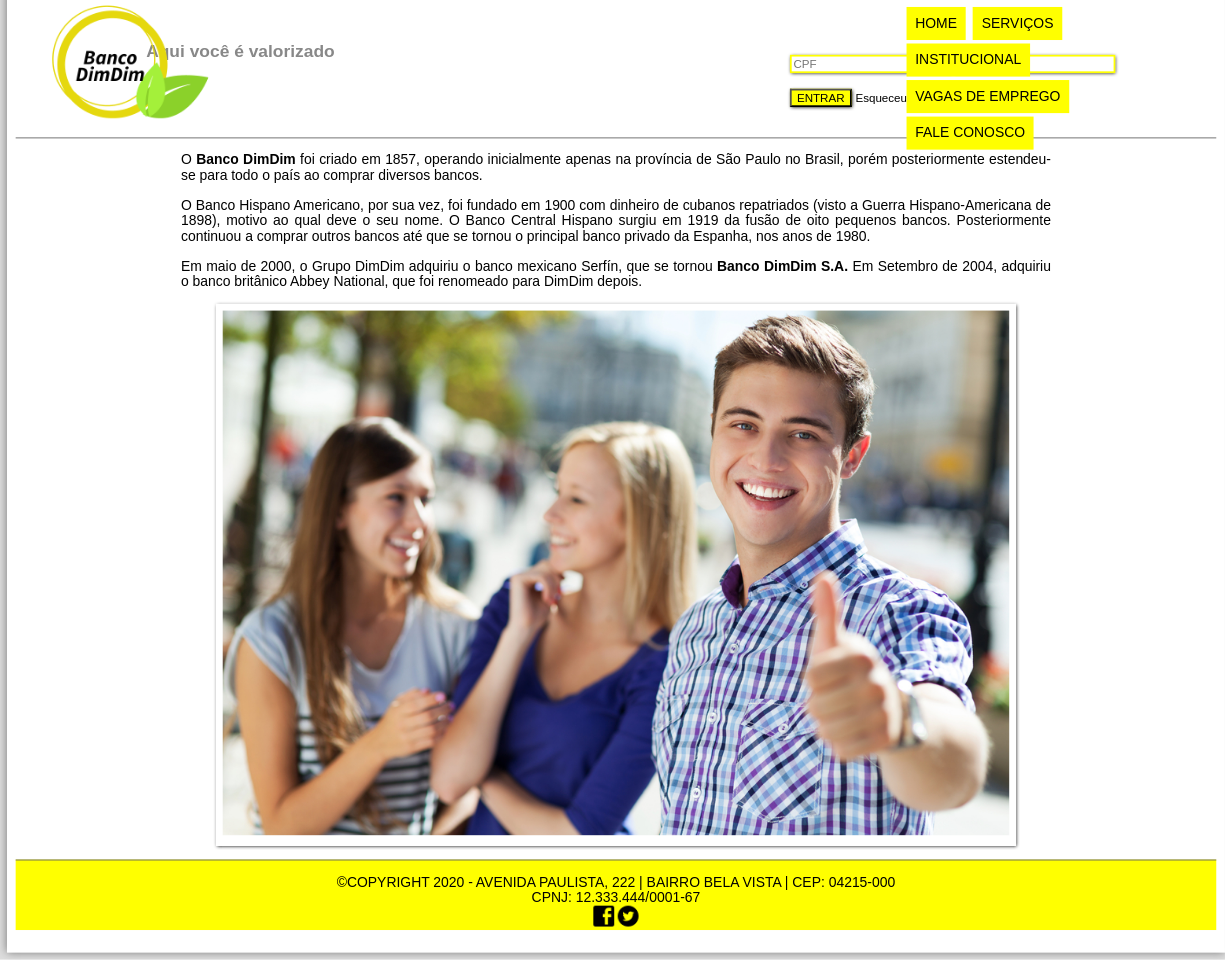
Repository: marceloShibuya/DevOps
Page: http://localhost/Nac_DevOPS/
The author's editor kept a copy of each file at every save. The page is drawn from the files as they stood at one save, then again after the next save.
The browser window is 1280 px wide. The page is 1408 px wide, so the pictures cover 1408 px, including what lies to the right of the window. The pictures show the whole page, at 87% of full size.
Some web fonts or font styles are not loaded; a fallback is used. The page is served by Tomcat 9.

Above is the page before, as saved 2020-02-24 21:38:59.

After the next save:
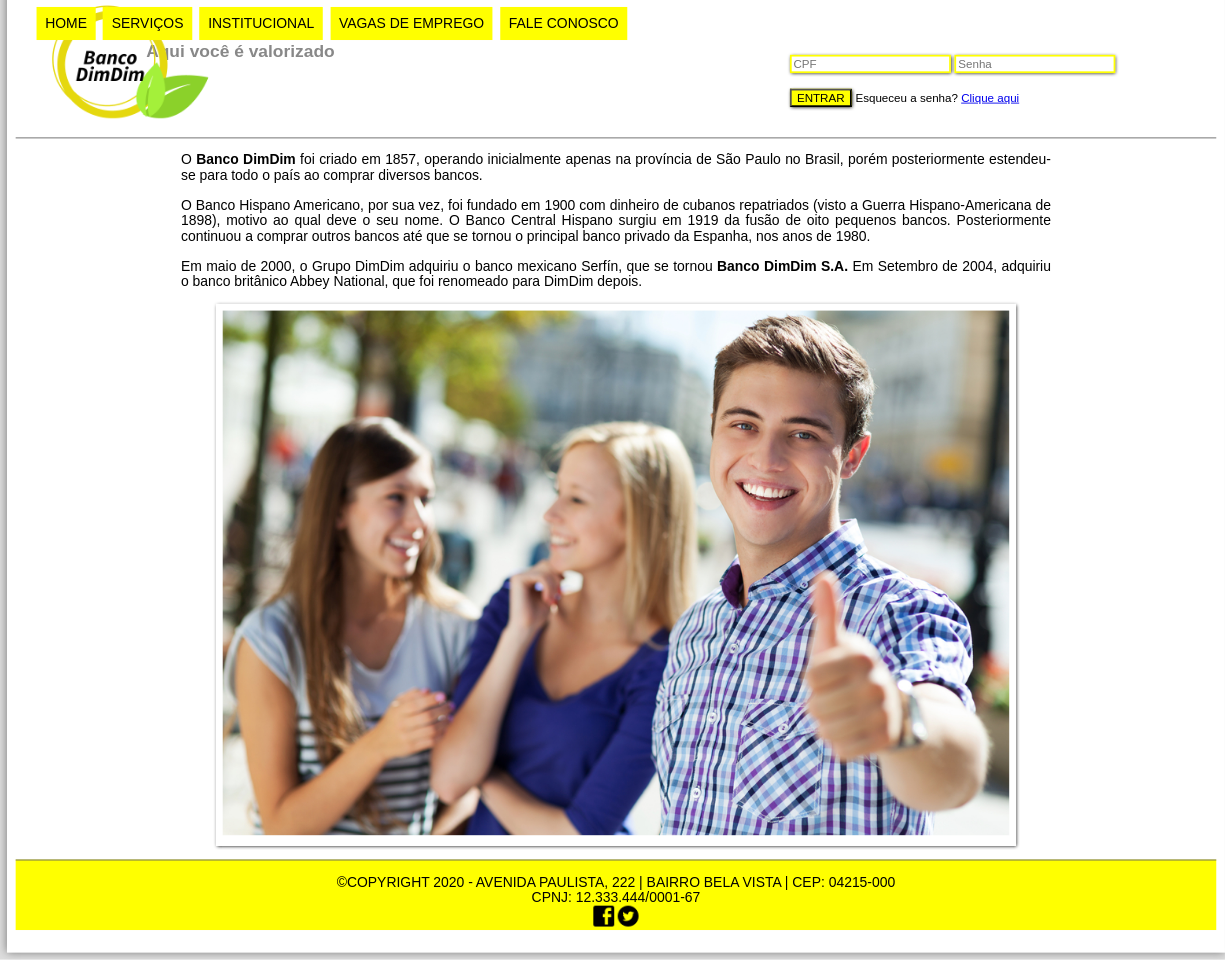
Saved 10 s later.
--- a/Nac_DevOPS/WebContent/_css/estilo.css
+++ b/Nac_DevOPS/WebContent/_css/estilo.css
@@ -92,7 +92,7 @@ nav#menu ul{
 	text-transform: uppercase;
 	position: absolute;
 	top: -10px;
-	left:1000px;
+	left:0px;
 }
 
 nav#menu li{
